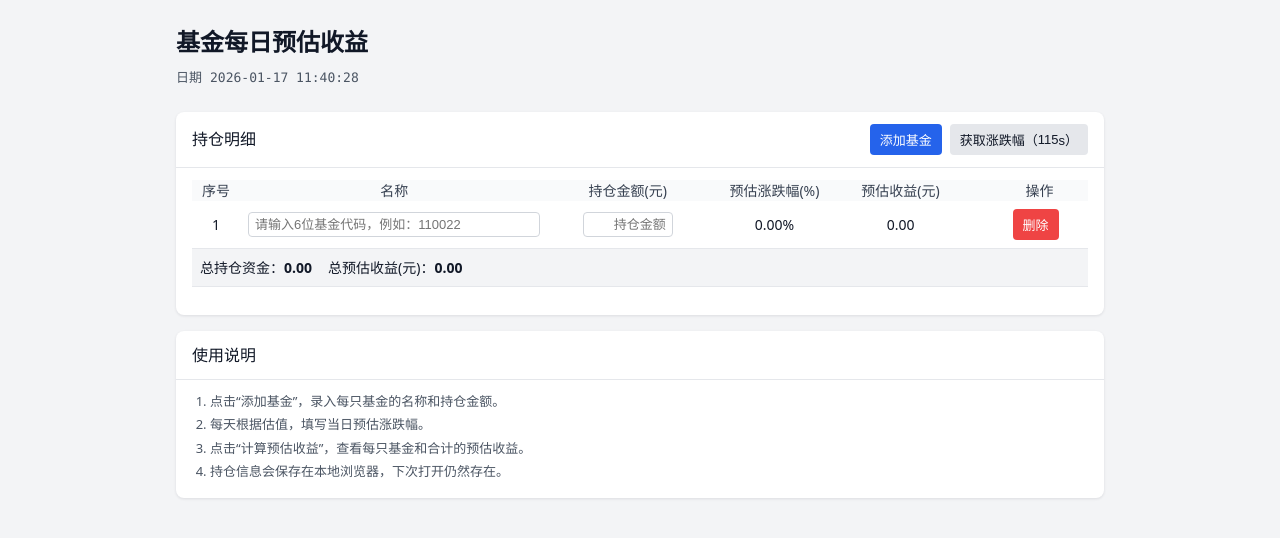
Repository: zt-boom/finance
Page: index.html
An editor plug-in stored every save of this project. The page is shown before and after the next save, followed by the edit.
The browser window is 1280 px wide. The pictures show the whole page.

Above is the page before, as saved 2026-01-17 14:20:17.

After the next save:
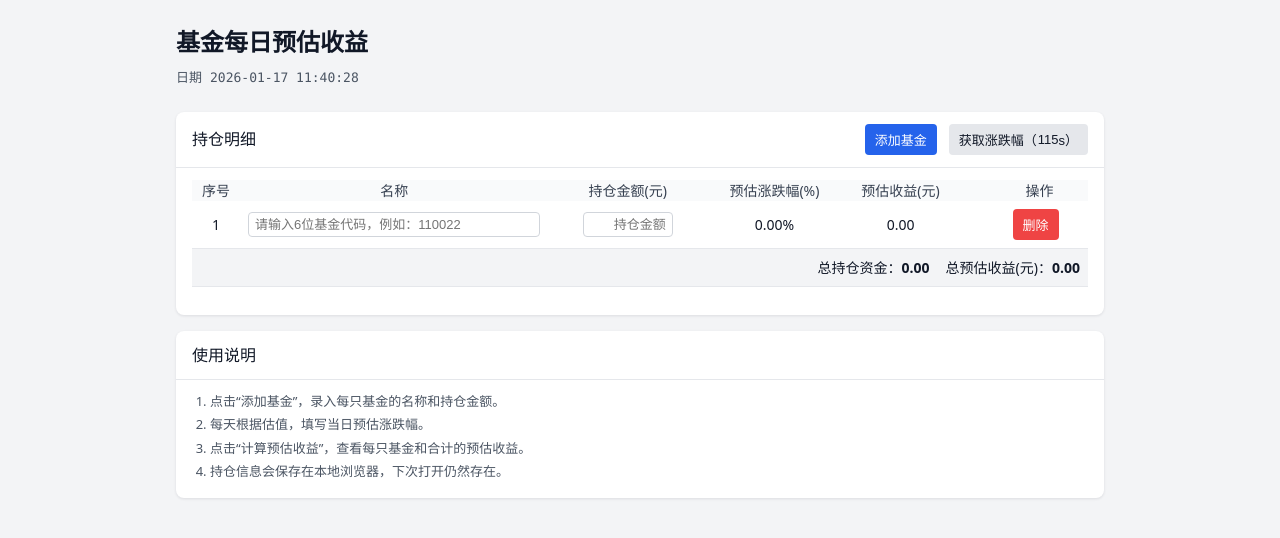
Saved 3 min 46 s later.
--- a/style.css
+++ b/style.css
@@ -72,7 +72,7 @@ font-weight: 500;
 .card-header-actions {
 display: flex;
 align-items: center;
-gap: 8px;
+gap: 12px;
 }
 
 .card-body {
@@ -187,8 +187,14 @@ background-color: #f3f4f6;
 display: flex;
 flex-wrap: wrap;
 gap: 4px 16px;
-justify-content: flex-start;
-align-items: center;
+justify-content: flex-end;
+align-items: center;
+}
+
+#auto-refresh-countdown {
+display: inline-block;
+width: 3ch;
+text-align: right;
 }
 
 .summary-items span {
